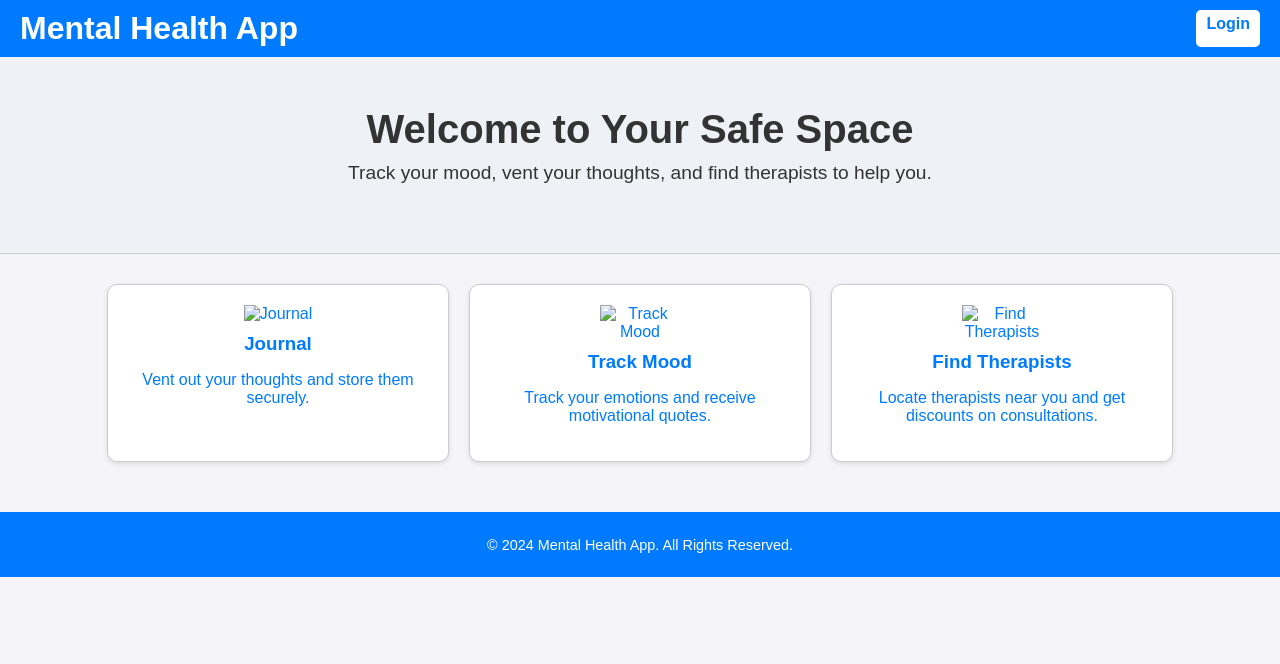
Repository: Gopa-613/mental-health-app
Page: http://localhost/index
The author's editor kept a copy of each file at every save. The page is drawn from the files as they stood at one save, then again after the next save.
The browser window is 1280 px wide. The pictures show the whole page.
The page is this project's Thymeleaf template; nobody is signed in. The template is opened directly, without the code that normally fills it, so the values that code supplies are empty.

Above is the page before, as saved 2024-12-03 15:48:05.
Not found: demo/images1/journal1.png
Not found: demo/images1/mood1.png
Not found: demo/images1/therapist1.png

### demo/src/main/resources/templates/index.html
<!DOCTYPE html>
<html xmlns:th="http://www.thymeleaf.org">
<head>
    <title>Mental Health App</title>
    <link rel="stylesheet" href="/css/style.css">
</head>
<body>
    <header>
        <div class="container">
            <h1>Mental Health App</h1>
            <a href="/login" class="login-button">Login</a>
        </div>
    </header>

    <main>
        <section class="welcome-section">
            <h2>Welcome to Your Safe Space</h2>
            <p>Track your mood, vent your thoughts, and find therapists to help you.</p>
        </section>

        <section class="features-section">
            <div class="feature">
                <a href="/journal">
                    <img src="/images1/journal1.png" alt="Journal">
                    <h3>Journal</h3>
                    <p>Vent out your thoughts and store them securely.</p>
                </a>
            </div>
            <div class="feature">
                <a href="/mood">
                    <img src="/images1/mood1.png" alt="Track Mood">
                    <h3>Track Mood</h3>
                    <p>Track your emotions and receive motivational quotes.</p>
                </a>
            </div>
            <div class="feature">
                <a href="/therapists">
                    <img src="/images1/therapist1.png" alt="Find Therapists">
                    <h3>Find Therapists</h3>
                    <p>Locate therapists near you and get discounts on consultations.</p>
                </a>
            </div>
        </section>
    </main>

    <footer>
        <p>© 2024 Mental Health App. All Rights Reserved.</p>
    </footer>
</body>
</html>

### demo/src/main/resources/static/css/style.css
/* General Styles */
body {
    font-family: Arial, sans-serif;
    margin: 0;
    padding: 0;
    background-color: #f4f4f9;
    color: #333;
}

a {
    text-decoration: none;
    color: #007bff;
}

a:hover {
    color: #0056b3;
}

h1, h2, h3 {
    margin: 0;
}

/* Header Styles */
header {
    background-color: #85A98F;
    color: white;
    padding: 10px 20px;
    display: flex;
    justify-content: space-between;
    align-items: center;
}

header .container {
    display: flex;
    justify-content: space-between;
    width: 100%;
}

header .login-button {
    background-color: white;
    color: #007bff;
    padding: 5px 10px;
    border-radius: 5px;
    text-decoration: none;
    font-weight: bold;
}

header .login-button:hover {
    background-color: #0056b3;
    color: white;
}

/* Welcome Section */
.welcome-section {
    text-align: center;
    padding: 50px 20px;
    background-color: #eef2f6;
    border-bottom: 1px solid #ccc;
}

.welcome-section h2 {
    font-size: 2.5em;
    margin-bottom: 10px;
}

.welcome-section p {
    font-size: 1.2em;
    margin-top: 0;
}

/* Features Section */
.features-section {
    display: flex;
    justify-content: center;
    flex-wrap: wrap;
    padding: 30px 10px;
    gap: 20px;
}

.feature {
    text-align: center;
    background-color: white;
    border: 1px solid #ccc;
    border-radius: 10px;
    padding: 20px;
    width: 300px;
    box-shadow: 0 2px 5px rgba(0, 0, 0, 0.1);
    transition: transform 0.3s, box-shadow 0.3s;
}

.feature:hover {
    transform: scale(1.05);
    box-shadow: 0 4px 10px rgba(0, 0, 0, 0.2);
}

.feature img {
    max-width: 80px;
    margin-bottom: 10px;
}

/* Footer Styles */
footer {
    text-align: center;
    padding: 10px;
    background-color: #007bff;
    color: white;
    margin-top: 20px;
    font-size: 0.9em;
}



/* General Styles */
body {
    font-family: Arial, sans-serif;
    margin: 0;
    padding: 0;
    background-color: #f4f4f9;
    color: #333;
}

a {
    text-decoration: none;
    color: #007bff;
}

a:hover {
    color: #0056b3;
}

h1, h2, h3 {
    margin: 0;
}

/* Header Styles */
header {
    background-color: #007bff;
    color: white;
    padding: 10px 20px;
    text-align: center;
}

/* Centered Form Section */
.auth-section {
    display: flex;
    justify-content: center;
    align-items: center;
    height: 80vh;
}

.form-container {
    background-color: white;
    border: 1px solid #ccc;
    border-radius: 10px;
    padding: 30px;
    width: 100%;
    max-width: 400px;
    box-shadow: 0 4px 10px rgba(0, 0, 0, 0.1);
    text-align: center;
}

.form-container h2 {
    margin-bottom: 20px;
    font-size: 1.8em;
    color: #333;
}

.form-container form {
    margin-bottom: 10px;
}

.form-container input[type="text"],
.form-container input[type="email"],
.form-container input[type="password"] {
    width: 100%;
    padding: 10px;
    margin: 10px 0;
    border: 1px solid #ccc;
    border-radius: 5px;
}

.form-button {
    background-color: #007bff;
    color: white;
    padding: 10px 20px;
    border: none;
    border-radius: 5px;
    cursor: pointer;
    font-size: 1em;
}

.form-button:hover {
    background-color: #0056b3;
}

.form-link {
    margin-top: 10px;
    font-size: 0.9em;
    color: #666;
}

.form-link a {
    color: #007bff;
    font-weight: bold;
}

.form-link a:hover {
    text-decoration: underline;
}

/* Footer Styles */
footer {
    text-align: center;
    padding: 10px;
    background-color: #007bff;
    color: white;
    font-size: 0.9em;
}


/* Responsive Table */
table {
    width: 100%;
    border-collapse: collapse;
    margin: 20px 0;
}

table th, table td {
    padding: 10px;
    text-align: left;
    border: 1px solid #ccc;
}

table th {
    background-color: #f4f4f9;
}

@media (max-width: 600px) {
    table {
        font-size: 0.9em;
    }
    table th, table td {
        padding: 5px;
    }
}

After the next save:
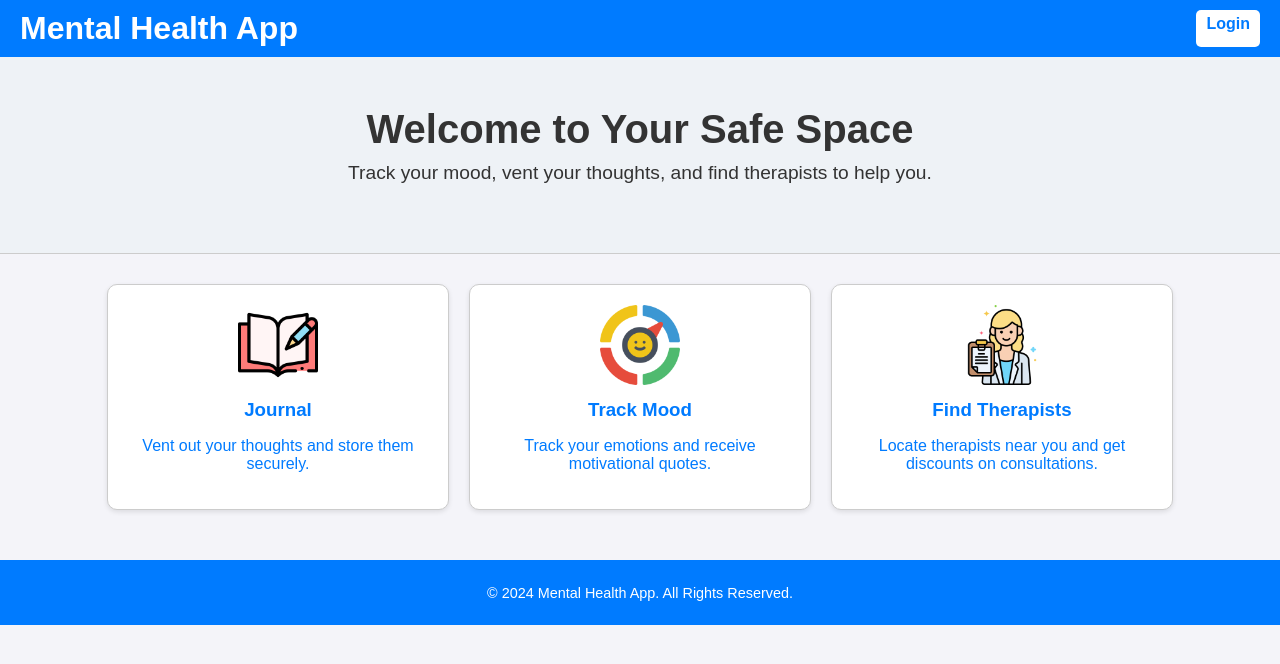
Saved 4 min 29 s later.
--- a/demo/src/main/resources/templates/index.html
+++ b/demo/src/main/resources/templates/index.html
@@ -21,21 +21,21 @@
         <section class="features-section">
             <div class="feature">
                 <a href="/journal">
-                    <img src="/images1/journal1.png" alt="Journal">
+                    <img src="/images/journal.png" alt="Journal">
                     <h3>Journal</h3>
                     <p>Vent out your thoughts and store them securely.</p>
                 </a>
             </div>
             <div class="feature">
                 <a href="/mood">
-                    <img src="/images1/mood1.png" alt="Track Mood">
+                    <img src="/images/mood.png" alt="Track Mood">
                     <h3>Track Mood</h3>
                     <p>Track your emotions and receive motivational quotes.</p>
                 </a>
             </div>
             <div class="feature">
                 <a href="/therapists">
-                    <img src="/images1/therapist1.png" alt="Find Therapists">
+                    <img src="/images/therapist.png" alt="Find Therapists">
                     <h3>Find Therapists</h3>
                     <p>Locate therapists near you and get discounts on consultations.</p>
                 </a>
